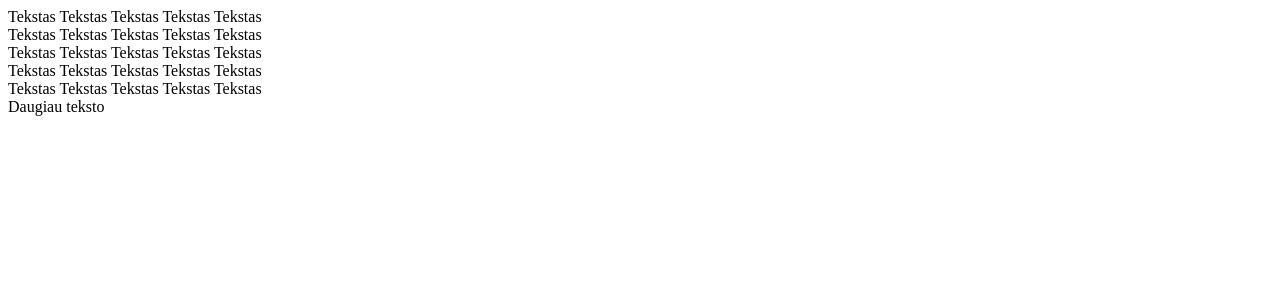
Repository: motiejus1/01-paskait
Page: pirmas.html
The author's editor kept a copy of each file at every save. The page is drawn from the files as they stood at one save, then again after the next save.
The browser window is 1280 px wide. The pictures show the whole page.

Above is the page before, as saved 2021-05-31 20:00:58.

After the next save:
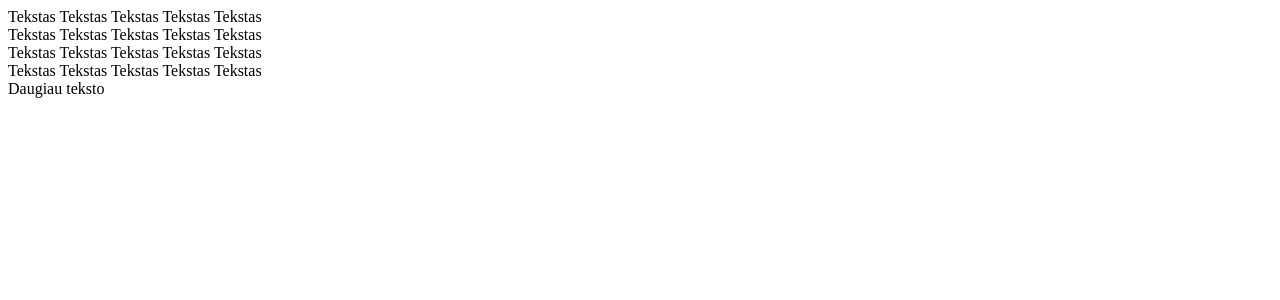
Saved 5 s later.
--- a/pirmas.html
+++ b/pirmas.html
@@ -10,7 +10,7 @@
 
     <body>
 
-        Tekstas Tekstas Tekstas Tekstas Tekstas<br>
+
         Tekstas Tekstas Tekstas Tekstas Tekstas<br>
         Tekstas Tekstas Tekstas Tekstas Tekstas<br>
         Tekstas Tekstas Tekstas Tekstas Tekstas<br>
